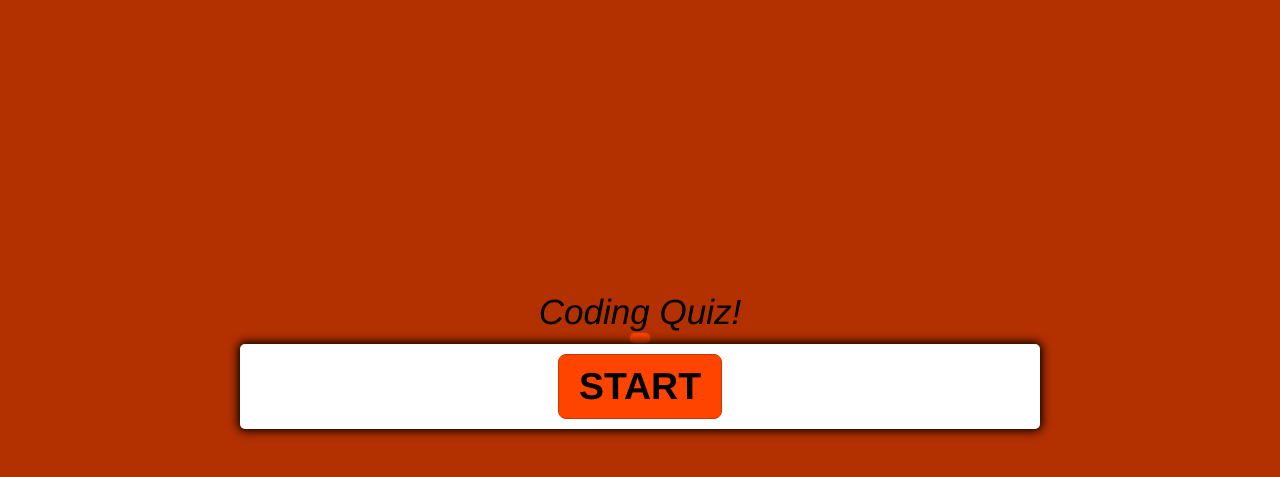
Repository: Vshepard879/Code-Quiz
Page: index.html
An editor plug-in stored every save of this project. The page is shown before and after the next save, followed by the edit.
The browser window is 1280 px wide. The pictures show the whole page.

Above is the page before, as saved 2022-03-18 19:32:50.
Console error: ReferenceError: CheckTime is not defined

### index.html
<!DOCTYPE html>
<html lang="en">
<head>
    <meta charset="UTF-8">
    <meta http-equiv="X-UA-Compatible" content="IE=edge">
    <meta name="viewport" content="width=device-width, initial-scale=1.0">
    <link href="./assets/css/style.css" link rel="stylesheet">
    <script defer src="./assets/js/script.js"></script>
    <title>Quiz App</title>
</head>

<body>
    <header>Coding Quiz!</header>
<!-- Timer-->
    <div class="btn" style="font-weight: bold;" id="quiz-time-left"></div>

    <!--Start Quiz Container-->
    <div class="container">
        <div id="question-container" class="hide">
                <div id="question">Question</div>
                <div id="answer-buttons" class="btn-grid">
                <button class="btn">Answer 1</button>
                <button class="btn">Answer 2</button>
                <button class="btn">Answer 3</button>
                <button class="btn">Answer 4</button>
            </div>
        </div>
        <div class="controls counts">
            <button id="start-btn" class="start-btn btn">START</button>
            <button id="next-btn" class="next-btn btn hide">Next</button>
        </div>

    </div>
</body>
</html>

### assets/css/style.css
*, *::before, *::after {
    box-sizing: border-box;
    font-family: 'Franklin Gothic Medium', 'Arial Narrow', Arial, sans-serif;
    font-size: 25px;
}

:root {
    --hue-neutral: 16;
    --hue-wrong: 0;
    --hue-correct: 145;
}

header {
    font-style: italic;
    font-size: 35px;
}
body{
    --hue: var(--hue-neutral);
    padding: 0;
    margin: 0;
    display: flex;
    flex-direction: column;
    width: 100vw;
    height: 100vh;
    justify-content:center;
    align-items:center;
    background-color:hsl(var(--hue), 100%, 35%);
}

.quiz-time-left {
    color: black;
    display: flexbox;
    flex-direction: row;
}




div.container {
    width: 800px;
    max-width: 70%;
    background-color: white;
    border-radius: 5px;
    padding: 10px;
    box-shadow: 0 0 10px 2px;
    display: flexbox;


}

.btn-grid {
    display: grid;
    grid-template-columns: repeat(2, auto);
    gap: 15px;
    margin: 20px 0;
}


.btn {
    --hue: var(--hue-neutral);
    border: 1px solid hsl(var(--hue),100%, 40%);
    background-color: hsl(var(--hue), 100%, 50%);
    border-radius: 8px;
    padding: 5px 10px;
    color: black;
    outline: none;
}

.btn:hover {
    border-color: black;
}

.btn.correct {
    --hue: var(--hue-correct)
}

.btn.wrong {
    --hue: var(--hue-wrong)
}

.start-btn, .next-btn {
    font-size: 1.5rem;
    font-weight: bold;
    padding: 10px 20px;
}

.controls {
    display: flex;
    justify-content: center;
    align-items: center;
    gap: 5px;
}

.hide {
    display: none;
}

### assets/js/script.js
const startButton = document.getElementById('start-btn')
const nextButton = document.getElementById('next-btn')
const questionContainerElement = document.getElementById('question-container')
const questionElement = document.getElementById( 'question')
const answerButtonsElement = document.getElementById('answer-buttons')
let shuffledQuestions, currentQuestionIndex

startButton.addEventListener('click', startQuiz)
nextButton.addEventListener('click', () => {
    currentQuestionIndex++
    setNextQuestion()
})
// function that starts the Quiz

function startQuiz() {
startButton.classList.add('hide')
 shuffledQuestions = questions.sort(() => Math.random() - .5)
currentQuestionIndex = 0
questionContainerElement.classList.remove('hide')
setNextQuestion()
}
// Timer Function
var total_seconds =60*2;
var c_minutes = parseInt(total_seconds/60)
var c_seconds = parseInt(total_seconds%60);
function checkTIme(){
    document.getElementById("quiz-time-left").innerHTML
    = 'Time Left: ' + c_minutes + 'minutes ' + c_seconds + ' seconds' ;
    if (total_seconds <=0) {
        setTimeout( 'document.quiz.submit()',1);
    } else{
        total_seconds = total_seconds -1;
        c_minutes = parseInt(total_seconds/60);
        c_seconds = parseInt(total_seconds%60);
        setTimeout("CheckTime()",1000);
    }
}


function setNextQuestion() {
    resetState()
    showQuestion(shuffledQuestions[currentQuestionIndex])
    }
function showQuestion(question) {
    questionElement.innerText =question.question
    question.answers.forEach(answer => {
        const button = document.createElement('button')
        button.innerText = answer.text
        button.classList.add('btn')
      if   (answer.correct) {
          button.dataset.correct = answer.correct
      }
      button.addEventListener('click', selectAnswer)
      answerButtonsElement.appendChild(button)
    })
}
// this function is used to reset each question
function resetState() {
    nextButton.classList.add('hide')
    while (answerButtonsElement.firstChild) {
        answerButtonsElement.removeChild
        (answerButtonsElement.firstChild)
    }
}
function selectAnswer(v) {
const selectedButton = v.target
const correct =selectedButton.dataset.correct
setStatusClass(document.body, correct)
Array.from(answerButtonsElement.children).forEach(button => {
    setStatusClass(button, button.dataset.correct)
})
if (shuffledQuestions.length > currentQuestionIndex +1) {
    nextButton.classList.remove('hide')
} else {
    startButton.innerText = 'Restart'
    startButton.classList.remove('hide')
}
nextButton.classList.remove('hide')
}

function setStatusClass(element, correct) {
    clearStatusClass(element)
    if (correct) {
        element.classList.add('correct')
    } else {
        element.classList.add('wrong')
    }

    function clearStatusClass(element) {
        element.classList.remove('correct')
        element.classList.remove('wrong')
    }

}
// the arrays of questions and answers
const questions = [
    {
        question: 'Which of these is not one of the 3 Initial coding languages?',
        answers: [
            { text:'Python', correct: true},
            { text:'HTML', correct: false},
            { text:'CSS', correct: false},
            { text:'JavaScript', correct: false},
        ]
    },
    {
        question: 'What does the C in CSS stand for?',
        answers: [
            { text:'Chocolate', correct: false},
            { text:'Corporate', correct: false},
            { text:'Cascading', correct: true},
            { text:'Computer', correct: false},
        ]
    },
    {
        question: 'Arrays in Javascript can be used to store?',
        answers: [
            { text:'Numbers and Strings', correct: false},
            { text:'Booleans', correct: false},
            { text:'Other Arrays', correct: false},
            { text:'All of the above', correct: true},
        ]
    },
    {
        question: 'The condition in an if/else statement are store in?',
        answers: [
            { text:'Parenthesis', correct: true},
            { text:'curly brackets', correct: false},
            { text:'brackets', correct: false},
            { text:'commas', correct: false},
        ]},
        {
            question: 'A very useful tool during the development and debugging stage used to print to the debugger is?',
            answers: [
                { text:'Array', correct: false},
                { text:'.dataset', correct: false},
                { text:'console.log', correct: true},
                { text:'=>', correct: false},
            ]},
            {
                question: 'Commonly used data types do not include?',
                answers: [
                    { text:'Booleans', correct: false},
                    { text:'Strings', correct: false},
                    { text:'Numbers', correct: false},
                    { text:'Alerts', correct: true},
                ]},
            ]


            setTimeout("CheckTime()",1000);

After the next save:
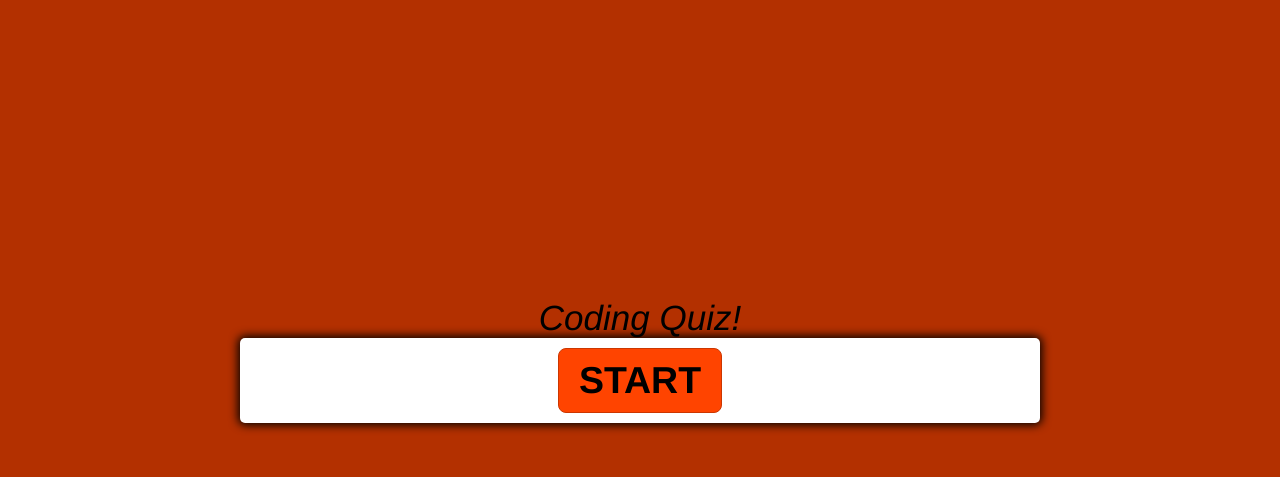
Saved 42 s later.
--- a/index.html
+++ b/index.html
@@ -12,7 +12,7 @@
 <body>
     <header>Coding Quiz!</header>
 <!-- Timer-->
-    <div class="btn" style="font-weight: bold;" id="quiz-time-left"></div>
+    <div style="font-weight: bold; color:black" id="quiz-time-left"></div>
 
     <!--Start Quiz Container-->
     <div class="container">
